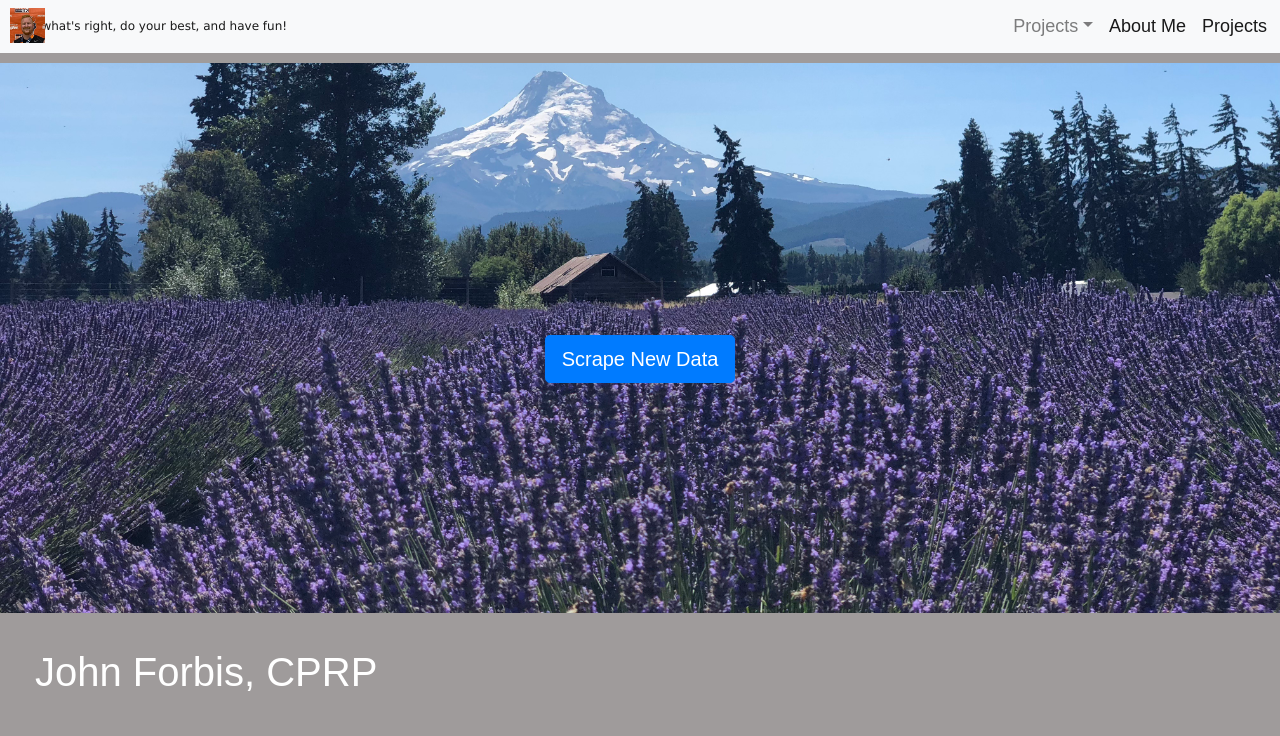
Repository: jforbis/john-forbis-data-analyst
Page: index.html
These files come from the project's save history. The page is drawn as it stood at one moment and after the next save; the edit follows.
The browser window is 1280 px wide. The pictures show the part of the page from y = 0 to 736 px (the page is 1718 px tall).
A picture or video elsewhere on the page could not be fetched, so the positions and the page height are approximate. Backgrounds fixed to the window are drawn as part of the page.

Above is the page before, as saved 2021-03-17 22:56:48.

### index.html
<!DOCTYPE html>
<html lang="en">

<head>
<meta charset="UTF-8">
<title class="text">John Forbis, CPRP</title>
<!--Bootstrap style sheet-->
<link rel="stylesheet" href="https://stackpath.bootstrapcdn.com/bootstrap/4.3.1/css/bootstrap.min.css" integrity="sha384-ggOyR0iXCbMQv3Xipma34MD+dH/1fQ784/j6cY/iJTQUOhcWr7x9JvoRxT2MZw1T" crossorigin="anonymous">
<!--link to style sheet-->
<link rel="stylesheet" type="text/css" href="static/css/style.css">
</head>

<!--Top Nav Bar-->
<nav class="navbar-expand-lg navbar-light bg-light nav-color navbar nav">
    <a class="navbar-brand" href="about_me.html">
        <img class="headshot-sm" src="resources/images/headshot.jpg">
    </a>
    <a class="navbar-brand" id="text" href="index.html"> Do what's right, do your best, and have fun!</a>
    <button class="navbar-toggler" type="button" data-bs-toggle="collapse" data-bs-target="#navbarSupportedContent"
        aria-controls="navbarSupportedContent" aria-expanded="false" aria-label="Toggle navigation">
        <span class="navbar-toggler-icon"></span>
    </button>
    <div class="collapse navbar-collapse justify-content-end" id="navbarSupportedContent">
        <div class="nav navbar-nav navbar-right">
            <ul class="navbar-nav me-auto mb-2 mb-lg-0">
                <li class="nav-item dropdown">
                    <a class="nav-link dropdown-toggle" href="#" id="navbarDropdown" role="button"
                        data-bs-toggle="dropdown" aria-expanded="false">Projects</a>
                    <ul class="dropdown-menu" aria-labelledby="navbarDropdown">
                        <a class="dropdown-item" href="visualizations/maxtemp.html">Schooling</a>
                        <a class="dropdown-item" href="visualizations/humidity.html">Career</a>
                        <a class="dropdown-item" href="visualizations/cloudiness.html">Accolades</a>
                    </ul>
                </li>
                <li class="nav-item active">
                    <a class="nav-link" href="comparisons.html">About Me </a>
                </li>
                <li class="nav-item active">
                    <a class="nav-link" href="data.html">Projects </a>
                </li>
            </ul>
        </div>
    </div>
</nav>

<div class="wrapper">
    <nav class="navbar navbar-default">
        <div class="container-fluid">
        <div class="navbar-header">
            <!-- <a class="navbar-brand" href="index.html">UFO Sightings
            <img class="nav-ufo" src="resources/images/headshot.jpg">
            </a> -->
        </div>
        </div>
    </nav>
    <div class="hero text-center">
        <h1 class="text"><b>JOHN FORBIS, CPRP</b></h1>
        <p><a class="btn btn-primary btn-lg" href="resources/images/img_1779.jpg" role="button">Scrape New Data</a></p>
    </div>

<body>
    <h1>John Forbis, CPRP</h1>
    <hr>
    <table>
        <tr>
            <td>
                <div class="card" style="width: 40rem;">
                    <img src="Resources/assets/images/Fig1.png" class="card-img-top" alt="...">
                    <div class="card-body">
                    <h5 class="card-title">My brand:</h5>
                    <p class="card-text">
                        Data analyst with a passion for innovation, data analysis and keeping it fun!
                        <br>
                        <br>
                        With a background in public service, facility management, and leadership of
                        muli-level teams as well as extensive training in both leadership and data analytics
                        through the Leadership Intensive program by The Changing Point and the University
                        of Kansas Data Analytics boot camp respectively, I would make a great addition
                        to any team. Acquired skills in: advanced Excel, Python, Pandas, API calls,
                        SQL, Java Script and Machine Learning.
                        <br><br>
                        I enjoy a good problem needing solved
                        and love to utilize data to tell the story. I am a proven innovator in my
                        career with a ‘can-do’ mindset; always searching for new and better solutions.

                    </p>
                    <a href="https://www.linkedin.com/in/john-forbis-cprp-96921513/" class="btn btn-primary">Connect with me!</a>
                    </div>
                </div>
            </td>
            <td style="vertical-align:bottom">
                <div class="second_card" style="width: 40rem;">
                        <div class="card-body">
                            <table>
                                <tr>
                                <th colspan=2>VISUALIZATIONS</th>
                                </tr>
                                <tr>
                                <td>Max Temp
                                    <a href="visualizations/maxtemp.html">
                                        <img src="Resources/assets/images/Fig1.png" class="card-img-top" alt="...">
                                    </a>
                                </td>
                                <td>Humidity
                                    <a href="visualizations/humidity.html">
                                        <img src="Resources/assets/images/Fig2.png" class="card-img-top" alt="...">
                                    </a>
                                </td>
                                </tr>
                                <tr>
                                    <td>Cloudiness
                                        <a href="visualizations/cloudiness.html">
                                            <img src="Resources/assets/images/Fig3.png" class="card-img-top" alt="...">
                                    </a>
                                    </td>
                                    <td>Wind Speed
                                        <a href="visualizations/windspeed.html">
                                            <img src="Resources/assets/images/Fig3.png" class="card-img-top" alt="...">
                                        </a>
                                    </td>
                                </tr>
                                <tr>
                                    <td>
                                        </br>
                                        </br>
                                        </br>
                                        </br>
                                        </br>
                                        </br>
                                        </br>
                                        </br>
                                        </br>
                                    </td>
                                </tr>
                                <tr>
                                    <td></td>
                                </tr>
                                <tr>
                                    <td></td>
                                </tr>
                                <tr>
                                    <td></td>
                                </tr>
                                <tr>
                                    <td></td>
                                </tr>
                                <tr>
                                    <td></td>
                                </tr>
                                <tr>
                                    <td></td>
                                </tr>
                            </table>
                        </div>
                </div>
            </td>
        </tr>
    </table>
</div>
</body>

<!--<table>
    <tr>
      <th>Month</th>
      <th>Savings</th>
    </tr>
    <tr>
      <td>January</td>
      <td>$100</td>
    </tr>
    <tr>
      <td>February</td>
      <td>$80</td>
    </tr>
    <tr>
      <td colspan="2">Sum: $180</td>
    </tr>
  </table>-->

### static/css/style.css
/* Styling for HTML elements */
body {
padding: 0;
margin: 0;
font-family: Georgia, "Times New Roman", Times, serif;
font-size: 18px;
line-height: 150%;
color: rgb(255, 255, 255);
background: #9f9b9b;
}

#text {
    font-family: Verdana;
    font-size: 12px;
}

.dropdown {
position: relative;
display: inline-block;
}

.dropdown-menu {
display: none;
position: absolute;
background-color: #f9f9f9;
min-width: 160px;
box-shadow: 0px 8px 16px 0px rgba(0,0,0,0.2);
padding: 12px 16px;
z-index: 1;
}

.dropdown:hover .dropdown-menu {
display: block;
}

h1 {
padding: 25px;
margin: 10px;
color: white
}

h3 {
margin-left: 35px;
color: white;
font-size: 16px
}

hr {
height: 2px;
background-color: white
}

.card {
color: #9f9b9b;
font-size: 14px;
margin-left: 40px;
margin-top: top;
border-color: #9f9b9b;
vertical-align: text-top
}

.second_card {
margin-top: -140px;
margin-left: 40px
}

.card-img-top {
width: 90%;
height: auto;
}

.card-title {
font-size: 18px
}

.top_row {
position: sticky;
top: 0;
background-color: #353A3F;
}

.navbar-expand-lg navbar-light bg-light nav-color navbar nav {
position: sticky;
top: 0;
}

* {
box-sizing: border-box;
font-family: Ubuntu, sans-serif;
}

html,
body {
height: 100%;
padding: 0;
margin: 0;
}

/* The wrapper contains all of the page's content besides the footer, which is pushed to the bottom of the page */
.wrapper {
position: relative;
min-height: 100%;
padding-bottom: 130px;
overflow: auto;
}

/* The footer is positioned at the bottom of the page */
.footer {
position: absolute;
right: 0;
bottom: 0;
left: 0;
min-height: 100px;
background: #4e5d6c;
}

/* The code styles the text at the bottom of the footer */
.footer > .bottom {
position: absolute;
right: 0;
bottom: 0;
left: 0;
padding: 5px;
background: #1b3146;
}

.navbar {
padding: 5px;
margin: 0;
}

/* This CSS styles the photo in the navbar */
.headshot-sm {
position: absolute;
bottom: 10px;
left: 10px;
width: 35px;
color: white;
}

#tagline {
    position: absolute;
    left: 60px;
}

/* Adding styles to the aside and filter form */
.ufo-form {
margin-top: 50px;
}

.filters .panel-body {
padding: 0;
}

.filters {
margin-top: 10px;
}

select {
display: block;
width: 100%;
padding: 8px;
color: #8e979f;
outline: none;
}

#table-area th {
text-align: center;
}

#table-area th:first-child,
#table-area th:nth-child(2),
#table-area th:nth-child(6) {
min-width: 70px;
}

.loader {
margin-top: 50px;
}

.margin-top-50 {
margin-top: 50px;
}

/* The styles for the parallax */
.hero {
position: relative;
height: 550px;
padding: 10px;
margin: 0;
background: black;
background-image: url("../../resources/images/IMG_1779.jpg");
background-attachment: fixed;
background-position: bottom center;
background-size: cover;
}

.hero h1 {
margin-top: 200px;
font-size: 0.1rem;
animation: title 1.2s forwards linear;
}

.hero p {
font-size: 2rem;
opacity: 0;
animation: subtitle 1.2s forwards linear;
animation-delay: 1.2s;
}

/* input placeholder color changes */
.form-control::-webkit-input-placeholder {
/* Chrome/Opera/Safari */
color: #8e979f;
}

.form-control::-moz-placeholder {
/* Firefox 19+ */
color: #8e979f;
}

.form-control:-ms-input-placeholder {
/* IE 10+ */
color: #8e979f;
}

.form-control:-moz-placeholder {
/* Firefox 18- */
color: #8e979f;
}

/* media queries which will only be activated at specific screen sizes */
@media (max-width: 800px) {
#table-area td {
    font-size: 1em;
}
}

@media (max-width: 500px) {
#table-area thead {
    display: none;
}

#table-area tr td:first-child {
    font-size: 1.8em;
    font-weight: bold;
    background: #1b3146;
}

#table-area tr td:last-child {
    margin-bottom: 20px;
}

#table-area tr td:last-child::after {
    display: block;
    width: 100%;
    height: 1px;
    margin-top: 20px;
    content: " ";
    background: aliceblue;
}

#table-area td {
    font-size: 1.25em;
}

#table-area tbody td {
    display: block;
    text-align: center;
}

#table-area tbody td::before {
    display: block;
    font-size: 1.4em;
    font-weight: bold;
    text-align: center;
    content: attr(data-th);
}

.hero h1 {
    animation: smaller-title 1.2s forwards linear;
}
}

/* keyframe animations which will be used to animate the title */
@keyframes title {
from {
    opacity: 0;
}

to {
    font-size: 7.5rem;
    opacity: 1;
}
}

@keyframes smaller-title {
from {
    opacity: 0;
}

to {
    font-size: 5.5rem;
    opacity: 1;
}
}

@keyframes subtitle {
from {
    opacity: 0;
}

to {
    opacity: 1;
}
}

After the next save:
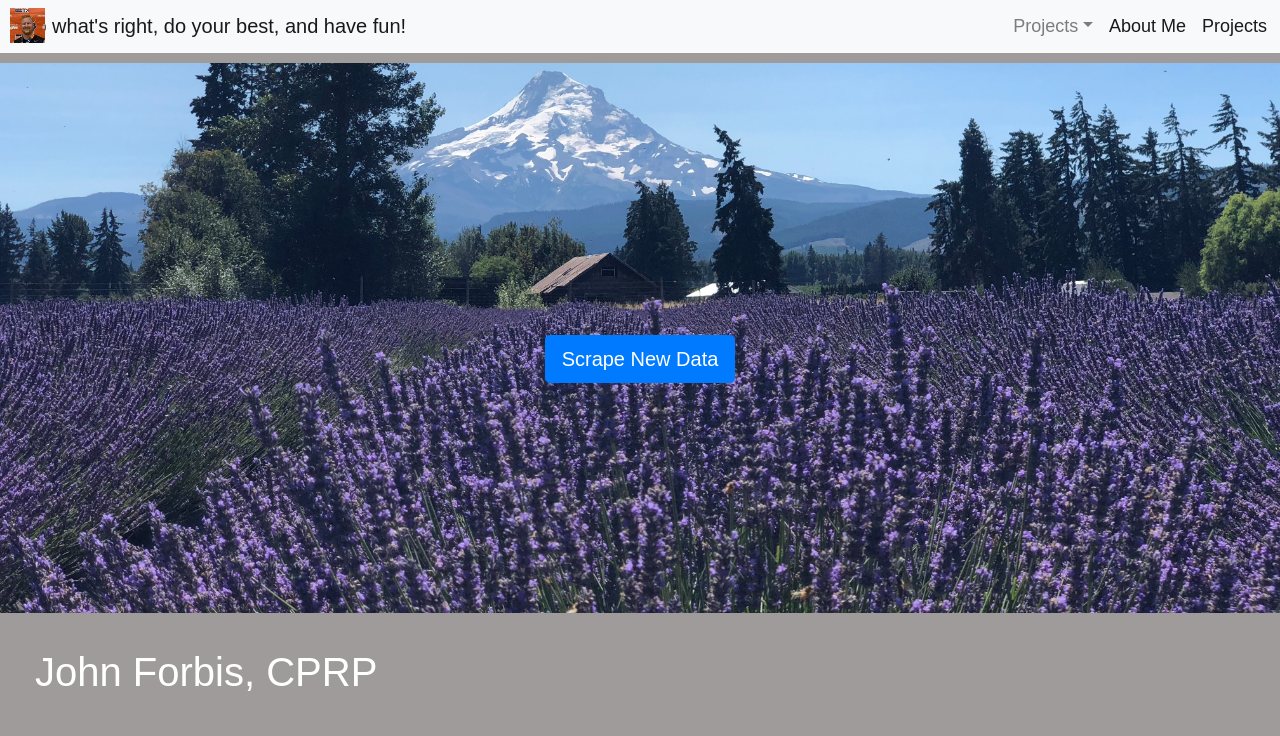
Saved 28 s later.
--- a/static/css/style.css
+++ b/static/css/style.css
@@ -9,7 +9,7 @@
 background: #9f9b9b;
 }
 
-#text {
+#word {
     font-family: Verdana;
     font-size: 12px;
 }

After the save that followed:
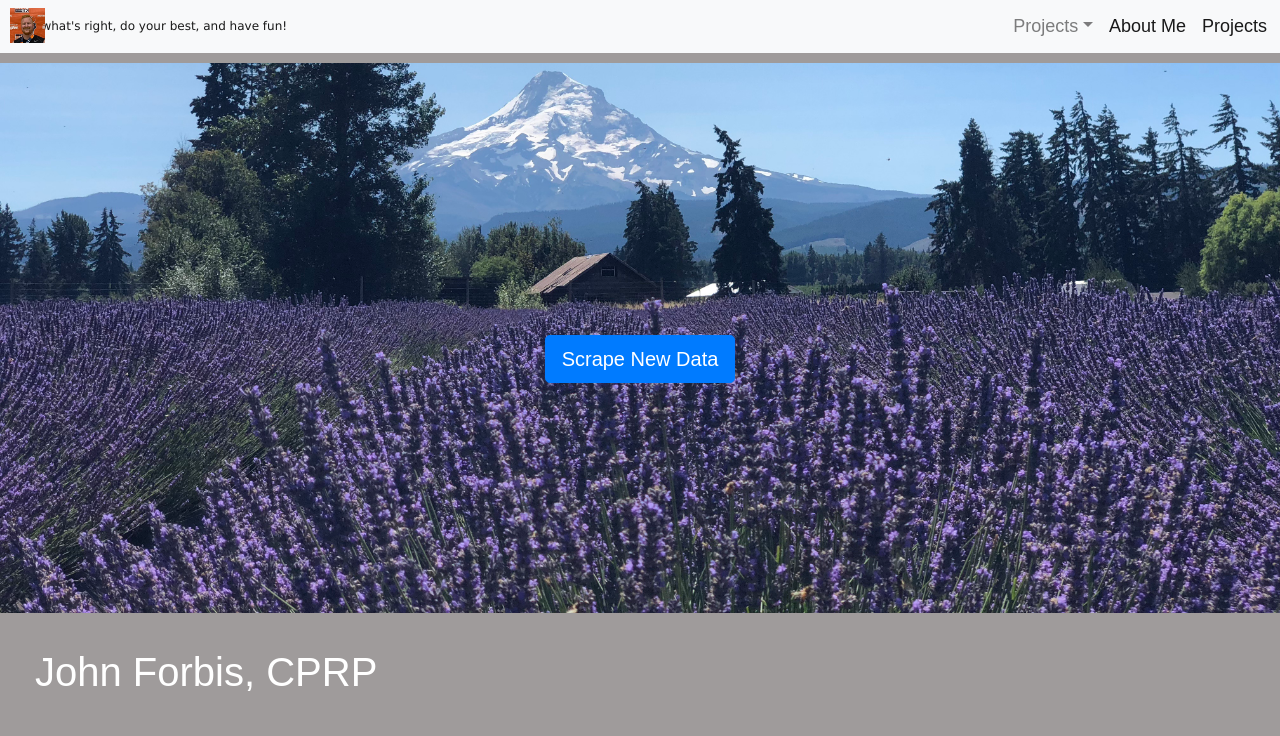
Saved 19 s later.
--- a/index.html
+++ b/index.html
@@ -15,7 +15,7 @@
     <a class="navbar-brand" href="about_me.html">
         <img class="headshot-sm" src="resources/images/headshot.jpg">
     </a>
-    <a class="navbar-brand" id="text" href="index.html"> Do what's right, do your best, and have fun!</a>
+    <a class="navbar-brand" id="word" href="index.html"> Do what's right, do your best, and have fun!</a>
     <button class="navbar-toggler" type="button" data-bs-toggle="collapse" data-bs-target="#navbarSupportedContent"
         aria-controls="navbarSupportedContent" aria-expanded="false" aria-label="Toggle navigation">
         <span class="navbar-toggler-icon"></span>
